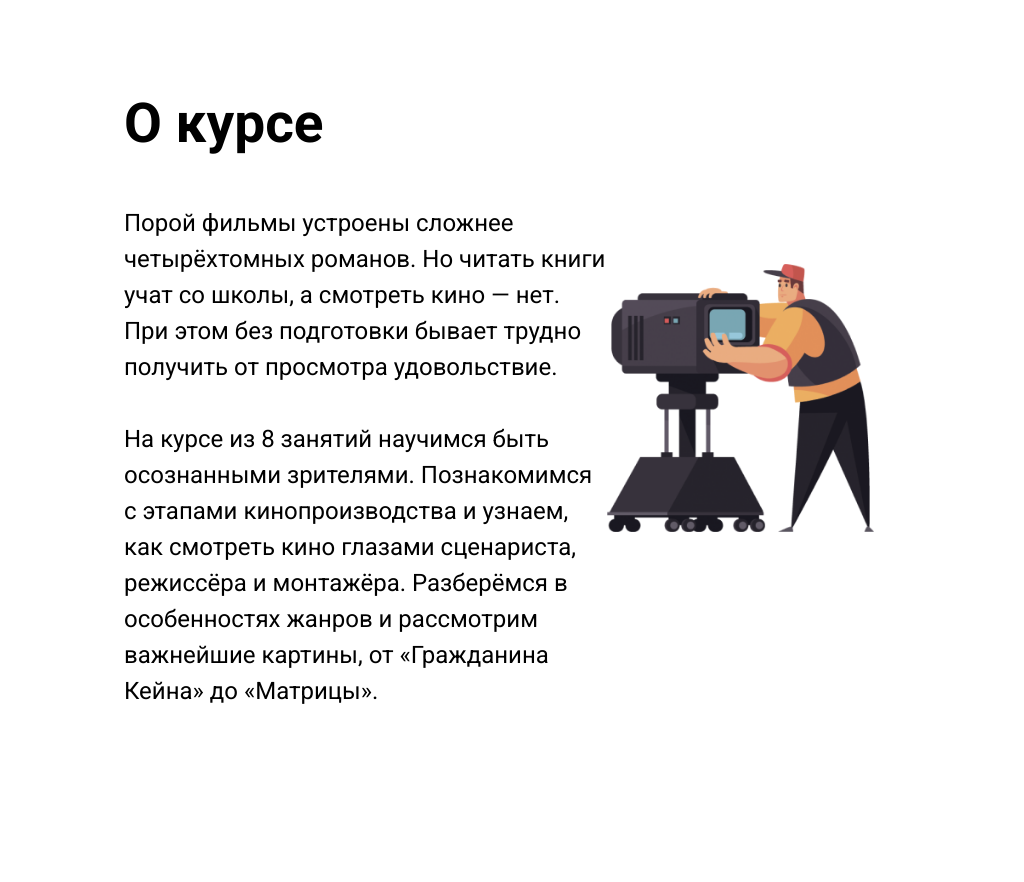
Repository: AytacSafarova/task-figma--1
Page: index.html
An editor plug-in stored every save of this project. The page is shown before and after the next save, followed by the edit.
The browser window is 1024 px wide. The pictures show the whole page.

Above is the page before, as saved 2023-04-29 20:17:07.

After the next save:
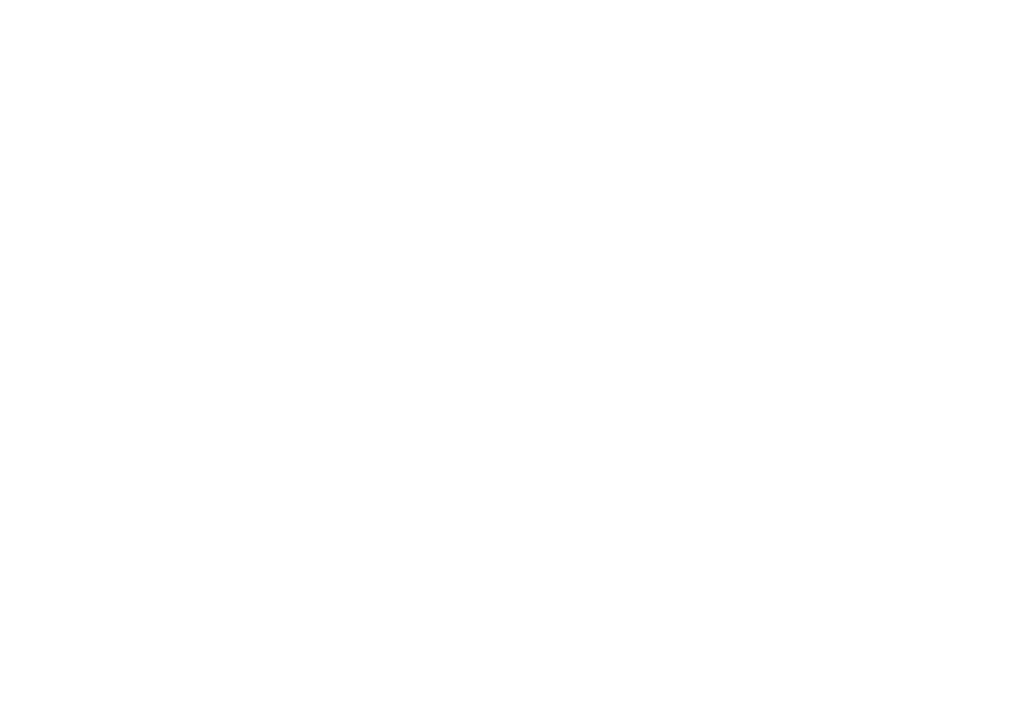
Saved 6 s later.
--- a/index.css
+++ b/index.css
@@ -63,5 +63,7 @@
 }
 
 @media screen and (max-width:1024px) {
-
+    body{
+        display: none;
+    }
 }

After the save that followed:
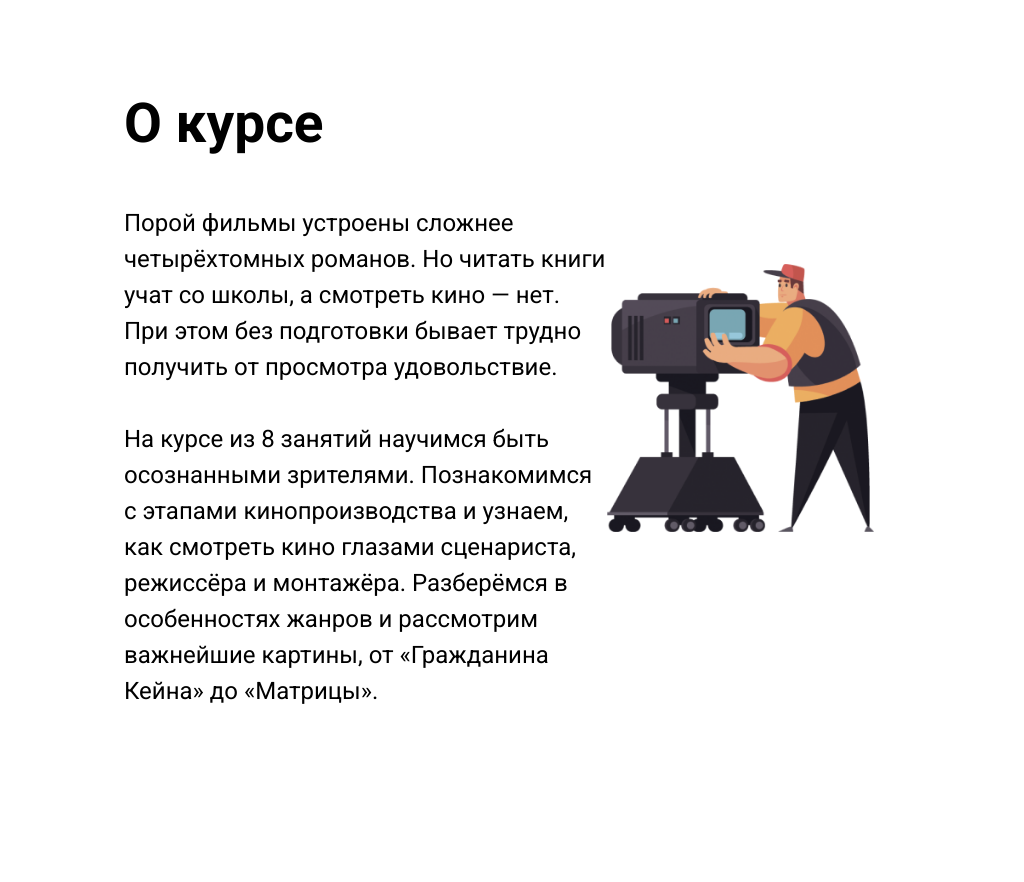
Saved 22 s later.
--- a/index.css
+++ b/index.css
@@ -63,7 +63,5 @@
 }
 
 @media screen and (max-width:1024px) {
-    body{
-        display: none;
-    }
+
 }
